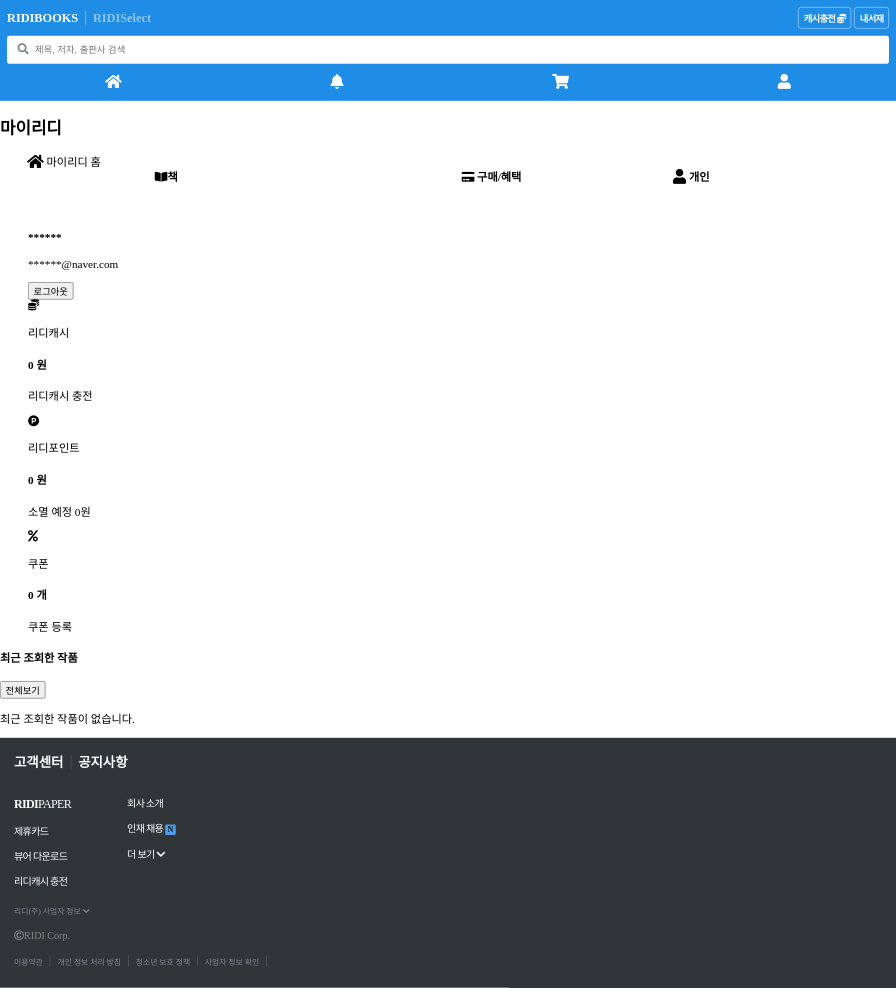
Repository: mega-teamproject/teamproject1
Page: html/myridi.html
The author's editor kept a copy of each file at every save. The page is drawn from the files as they stood at one save, then again after the next save.
The browser window is 1280 px wide. The pictures show the whole page, at 70% of full size.

Above is the page before, as saved 2022-01-05 00:28:53.

After the next save:
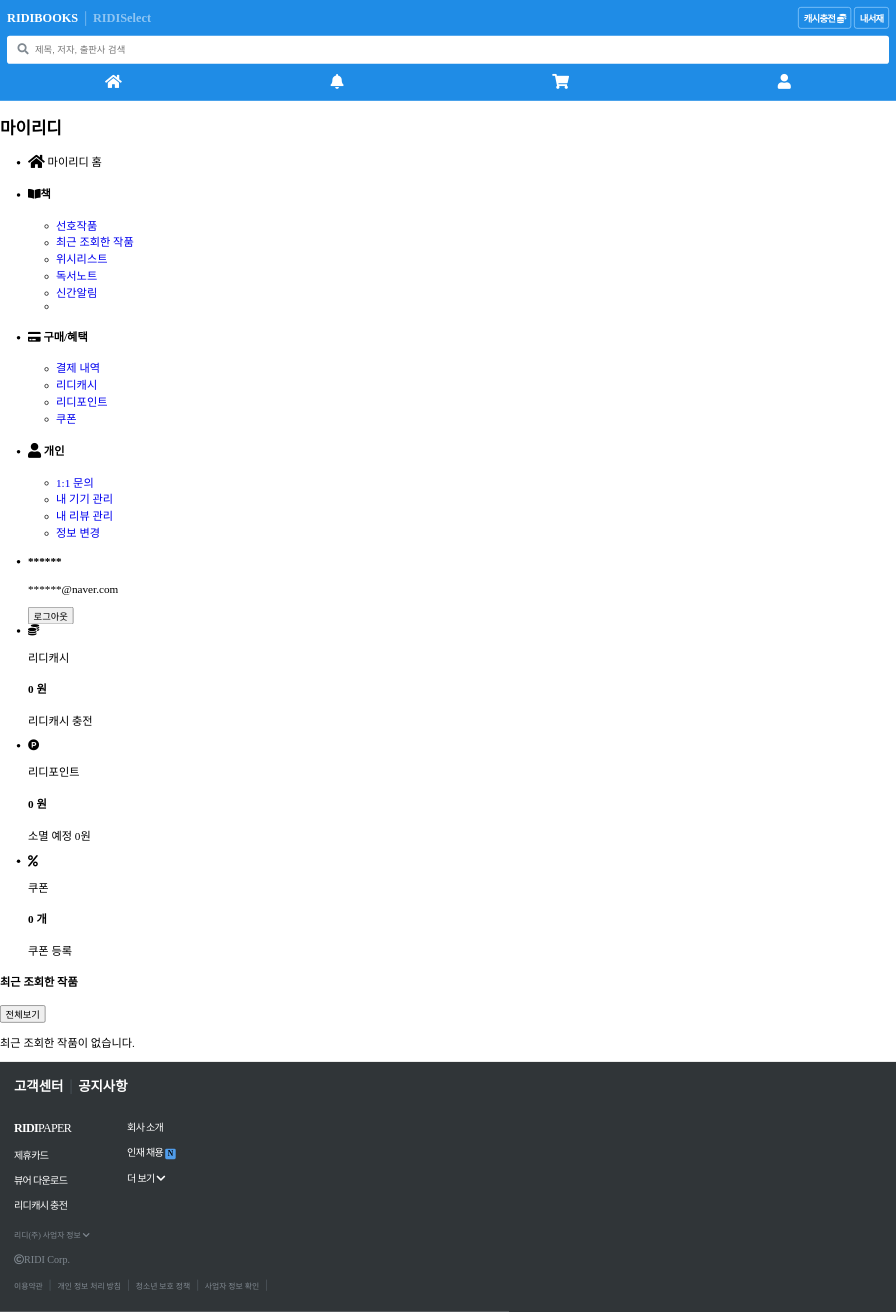
Saved 42 min 35 s later.
--- a/css/myridi.css
+++ b/css/myridi.css
@@ -86,17 +86,17 @@
   padding: 1px;
 }
 
-nav ul {
+.header nav ul {
   padding-left: 0;
   display: flex;
   justify-content: space-around;
 }
 
-ul li {
+.header ul li {
   list-style: none;
 }
 
-ul li a {
+.header ul li a {
   text-decoration: none;
   color: white;
 }
